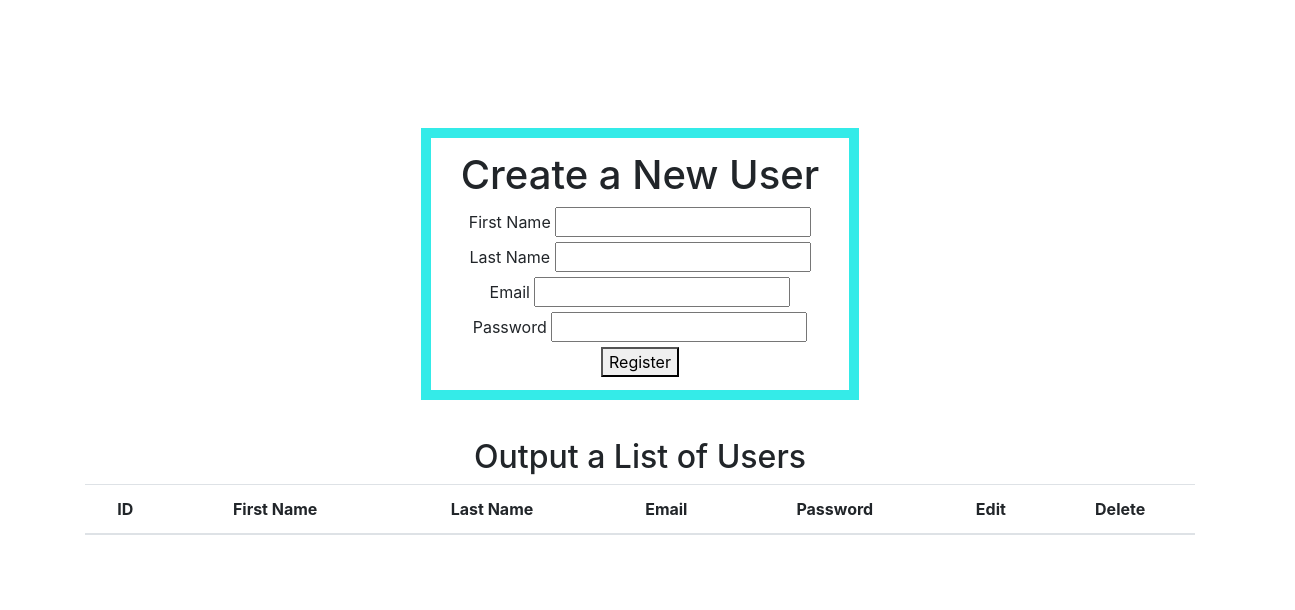
Repository: Lpanglb/COSW30
Page: http://localhost/Homework/HW6/crud_update.php
The author's editor kept a record of every edit. The page is drawn from the files as they stood at one moment, then again after the next edit.
The browser window is 1280 px wide. The page is 1295 px wide, then 1280 px, then 1295 px, so the pictures cover 1295 px, including what lies to the right of the window. The pictures show the whole page.
The page is run by PHP 8.4 with error messages shown; the project is at /var/www/html/. Queries for data that is not in the repository find no rows.

Above is the page before.

After the next edit:
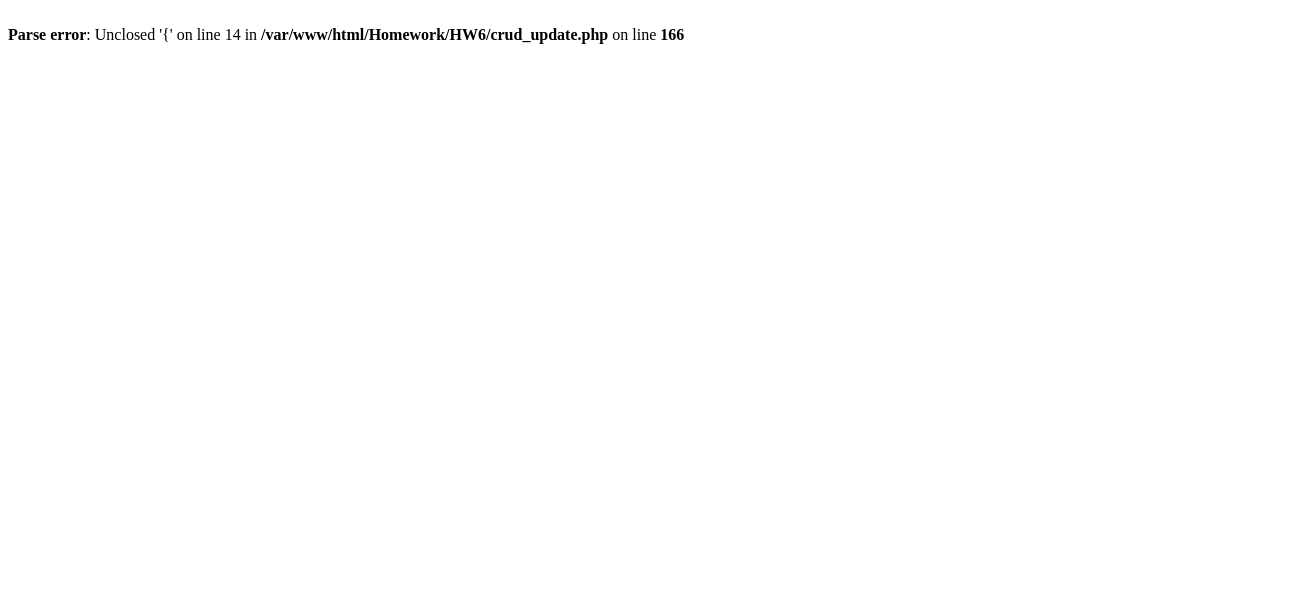
The edit:
--- a/Homework/HW6/crud_update.php
+++ b/Homework/HW6/crud_update.php
@@ -7,18 +7,18 @@
 *   CHECK IF THE FORM HAS BEEN SUBMITTED AND INSERT
 *   NEW USER INTO THE DATABASE
 */
-if($_SERVER['REQUEST_METHOD'] == 'POST') {
+
+
+
+
+       if(!empty($_POST['first_name']) && !empty($_POST['last_name'])){
+           if($_SERVER['REQUEST_METHOD'] == 'POST') {
     $id = $_POST['user_id'];
     $first_name = $_POST['first_name'];
      $last_name = $_POST['last_name'];
       $email = $_POST['email'];
        $password = $_POST['password'];
 
-
-
-       if(!empty($_POST['first_name']) && !empty($_POST['last_name'])){
-
-       }
 
 
 

After the edit that followed:
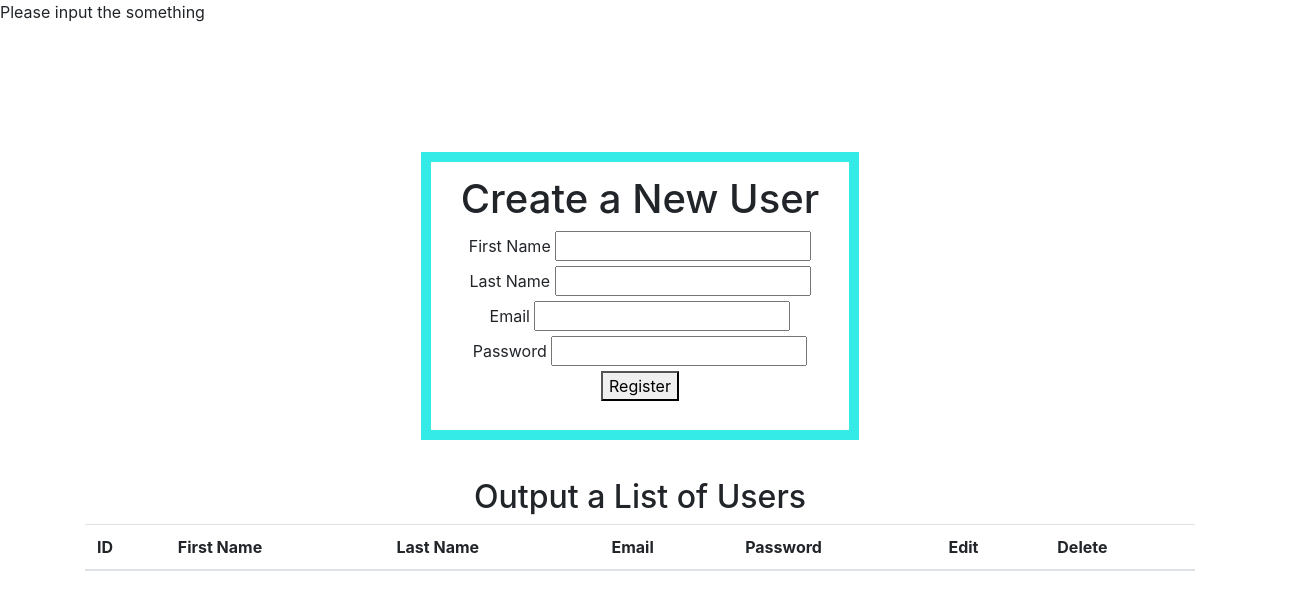
The edit:
--- a/Homework/HW6/crud_update.php
+++ b/Homework/HW6/crud_update.php
@@ -43,6 +43,12 @@
         //                                     password = '$password'
 
         //                     WHERE user_id = $id ";
+
+}
+}
+else{
+
+    echo "Please input the something";
 
 }
 /*
